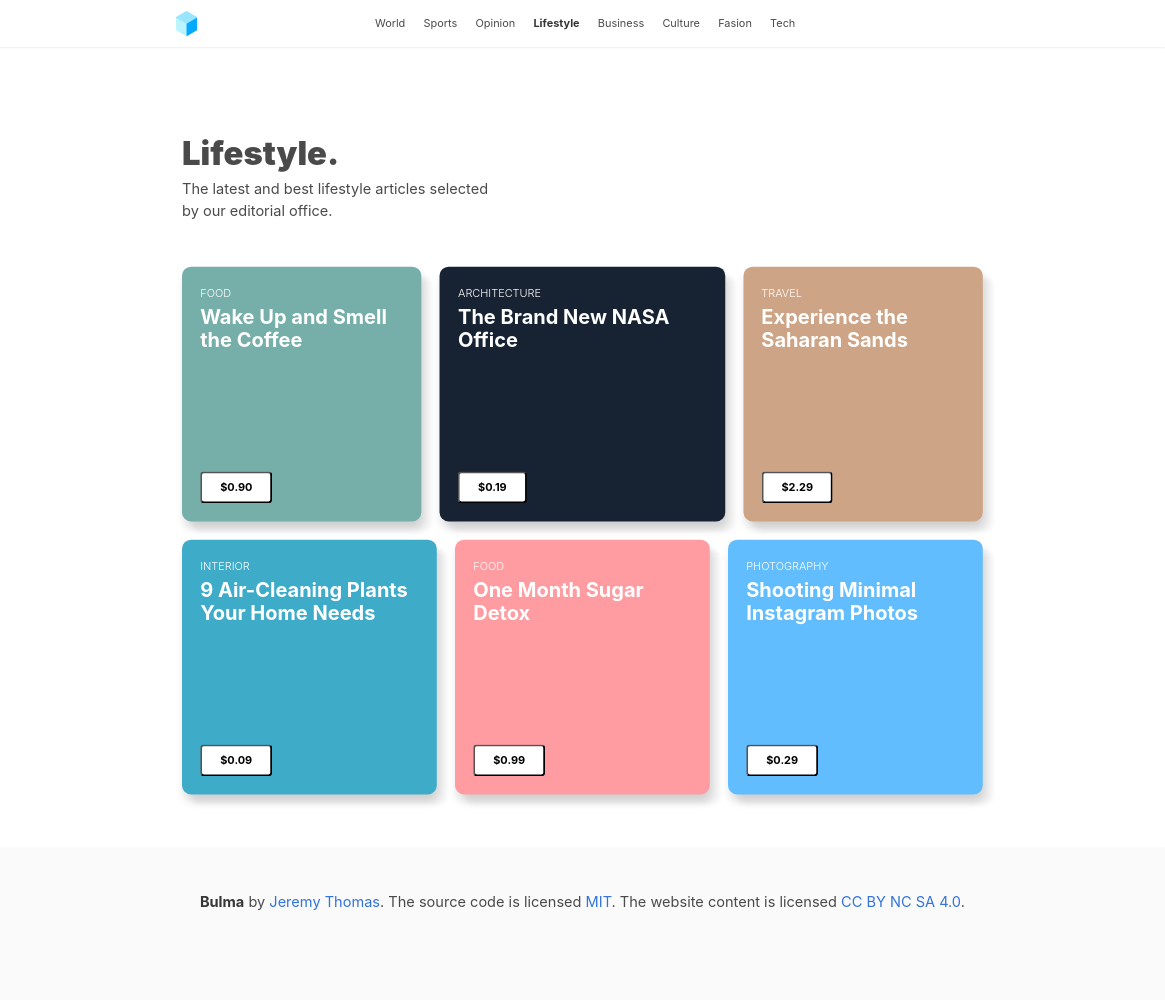
Repository: DOODpls/js_ass1
Page: index.html
These files come from the project's save history. The page is drawn as it stood at one moment and after the next save; the edit follows.
The browser window is 1280 px wide. The pictures show the whole page, at 91% of full size.

Above is the page before, as saved 2019-11-22 19:03:31.

### index.html
<!DOCTYPE html>
<html>
<head>
    <title></title>
    <link rel="stylesheet" href="https://cdnjs.cloudflare.com/ajax/libs/bulma/0.7.5/css/bulma.min.css" integrity="sha256-vK3UTo/8wHbaUn+dTQD0X6dzidqc5l7gczvH+Bnowwk=" crossorigin="anonymous" />
    <link rel="stylesheet" type="text/css" href="./styles.css">
</head>
<body>

    <nav class="navbar">
        <div class="container">
            <div class="logo"></div>
            <ul>
                <li>World</li>
                <li>Sports</li>
                <li>Opinion</li>
                <li><strong>Lifestyle</strong></li>
                <li>Business</li>
                <li>Culture</li>
                <li>Fasion</li>
                <li>Tech</li>
            </ul>
            <span class="icon">
              <i class="ion-ionic" style='color: black; background: black;'></i>
            </span>
        </div>
    </nav>

    <section class="section">
        <div class="container">
            <div style='margin: 40px 10px 40px'>
                <h1>Lifestyle.</h1>
                <p>The latest and best lifestyle articles selected<br/>
                    by our editorial office.
                </p>
            </div>
        </div>
        <div class="container">
            <div class='card-row' id='content'></div>
        </div>
    </section>

    <footer class="footer">
        <div class="content has-text-centered">
            <p>
                <strong>Bulma</strong> by <a href="https://jgthms.com">Jeremy Thomas</a>. The source code is licensed
                <a href="http://opensource.org/licenses/mit-license.php">MIT</a>. The website content
                is licensed <a href="http://creativecommons.org/licenses/by-nc-sa/4.0/">CC BY NC SA 4.0</a>.
            </p>
        </div>
    </footer>

    <script type="text/javascript" src='./app.js'></script>
</body>
</html>

### styles.css
/* - - - - - - - - - - - - - - - - - - - - - - - - - - - - - -
GENERAL
- - - - - - - - - - - - - - - - - - - - - - - - - - - - - - */
h1 {
    font-size: 36px;
    font-weight: 900;
}

.container {
    max-width: 900px;
}

/* - - - - - - - - - - - - - - - - - - - - - - - - - - - - - -
NAV
- - - - - - - - - - - - - - - - - - - - - - - - - - - - - - */
nav {
    border-bottom: 1px solid #ededed;
}

.navbar > .container {
    display: flex;
    align-items: center;
    justify-content: space-between;
}

nav .container ul {
    display: flex;
}

nav .container ul li {
    margin: 0 10px;
    font-size: 12px;
}

.logo {
    background: url('./img/logo.svg');
    background-size: 24px;
    background-position: center;
    background-repeat: no-repeat;

    height: 30px;
    width: 30px;
}

@media (max-width: 600px) {
    nav .container {
        padding: 0 30px;
    }

    nav .container ul {
        display: none;
    }
}

/* TILES */
.card-row {
    display: flex;
    flex-wrap: wrap;
}

.card {
    height: 280px;
    border-radius: 10px;
    background: rgba(23, 35, 50, 1);
    flex: 1 230px;
    margin: 10px;
    padding: 20px;
    position: relative;
    box-shadow: 2px 8px 9px 0px rgba(0, 0, 0, 0.14),
        11px 11px 6px rgba(0, 0, 0, 0.05);
}

.card .buy-button {
    position: absolute;
    bottom: 20px;
    left: 20px;
    background: white;
    color: black;
    border-radius: 4px;
    padding: 8px 20px;
    font-size: 12px;
    font-weight: 700;
}

.card .topic {
    color: white;
    font-weight: 300;
    font-size: 12px;
    text-transform: uppercase;
    margin-bottom: 5px;
}
.card .title {
    color: white;
    font-weight: 700;
    font-size: 22px;
}

### app.js
const green = 'rgba(118,174, 170, 1)'
const black = 'rgba(23,35, 50, 1)'
const brown = 'rgba(205,164, 133, 1)'
const greenblue = 'rgba(62,171, 201, 1)'
const pink = 'rgba(254,156, 161, 1)'
const blue = 'rgba(98,189, 254, 1)'

const data = [
    {
        topic: 'Food',
        title: 'Wake Up and Smell the Coffee',
        price: '$0.90',
        color: green
    },
    {
        topic: 'Architecture',
        title: 'The Brand New NASA Office',
        price: '$0.19',
        color: black
    },
    {
        topic: 'Travel',
        title: 'Experience the Saharan Sands',
        price: '$2.29',
        color: brown
    },
    {
        topic: 'Interior',
        title: '9 Air-Cleaning Plants Your Home Needs',
        price: '$0.09',
        color: greenblue
    },
    {
        topic: 'Food',
        title: 'One Month Sugar Detox',
        price: '$0.99',
        color: pink
    },
    {
        topic: 'Photography',
        title: 'Shooting Minimal Instagram Photos',
        price: '$0.29',
        color: blue
    }
]

// Instructions
// Take the data above and display it as tiles on the page
        //tried to do sort, but i suck
        // const button1 = document.querySelector('body section .container')
        // const btn1 = document.createElement('button')
        // btn1.className= 'buy-button'
        // btn1.id = "butt1"
        // button1.appendChild(btn1)

        // function sort1(){
        //     data.sort((a, b) => (a.topic > b.topic) ? 1 : -1)
        // }

        // const button2 = document.querySelector('#butt1')
        // button2.addEventListener('click', function(event) {
        //     sort1()
        // })

    for(i=0; i<data.length; i++){
        let heig
        if(i == 1){
            heig = '280px'
        }

        const tilers = document.querySelector('#content')
        const divr = document.createElement('div')
        divr.className= 'card'
        divr.style.backgroundColor = data[i].color
        divr.style.flex = heig
        divr.id = 'divtile'+ i
        tilers.appendChild(divr)

        const p1 = document.querySelector('#divtile'+i)
        const pr1 = document.createElement('p')
        pr1.textContent = data[i].topic
        pr1.className= 'topic'
        p1.appendChild(pr1)

        const p2 = document.querySelector('#divtile'+i)
        const pr2 = document.createElement('p')
        pr2.textContent = data[i].title
        pr2.className= 'title'
        p2.appendChild(pr2)

        const btn1 = document.querySelector('#divtile'+i)
        const btr2 = document.createElement('button')
        btr2.textContent = data[i].price
        btr2.className= 'buy-button'
        btn1.appendChild(btr2)
    }

    // data.forEach(function(item)
    // {
    //     const tilers = document.querySelector('#content')
    //     const divr = document.createElement('div')
    //     divr.className = 'card'
    //     divr.style.backgroundColor = item.color
    //     tilers.appendChild(divr)

    //     const pr1 = document.createElement('p')
    //     pr1.textContent = item.topic
    //     pr1.className= 'topic'
    //     divr.appendChild(pr1)

    //     const pr2 = document.createElement('p')
    //     pr2.textContent = item.title
    //     pr2.className= 'title'
    //     divr.appendChild(pr2)

    //     const btr2 = document.createElement('button')
    //     btr2.textContent = item.price
    //     btr2.className= 'buy-button'
    //     divr.appendChild(btr2)
    // })


    //this one also works lolllll
    // data.forEach(function(items)
    // {
    // //   document.getElementById('content').innerHTML += '<div class="card" style="background-color:'+items.color+'"><p class="topic">'+items.topic+'</p><p class="title">'+items.title+'</p><button class="buy-button">'+items.price+'</button></div>';
    // })

After the next save:
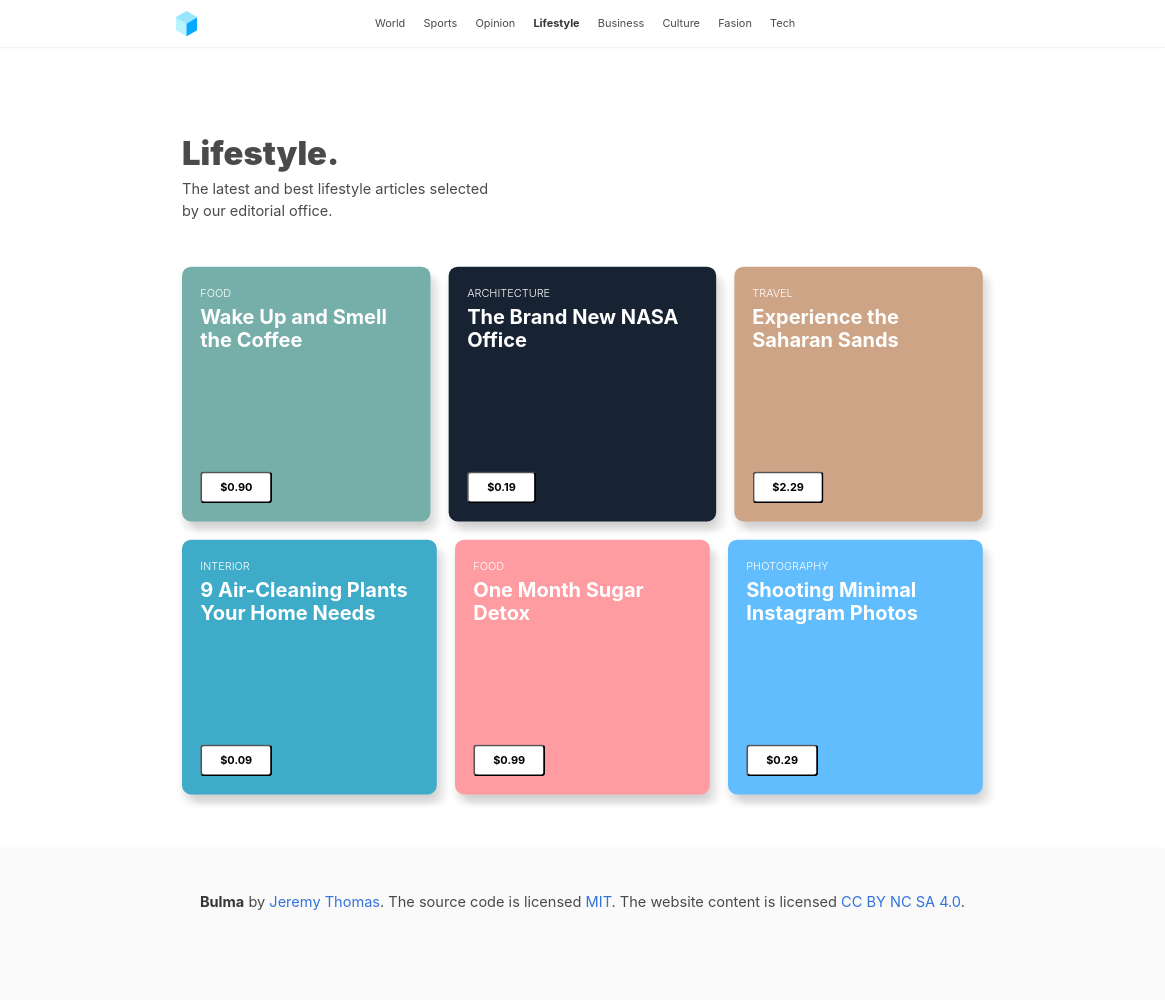
Saved 8 s later.
--- a/app.js
+++ b/app.js
@@ -65,7 +65,7 @@ const data = [
     for(i=0; i<data.length; i++){
         let heig
         if(i == 1){
-            heig = '280px'
+            heig = '250px'
         }
 
         const tilers = document.querySelector('#content')
